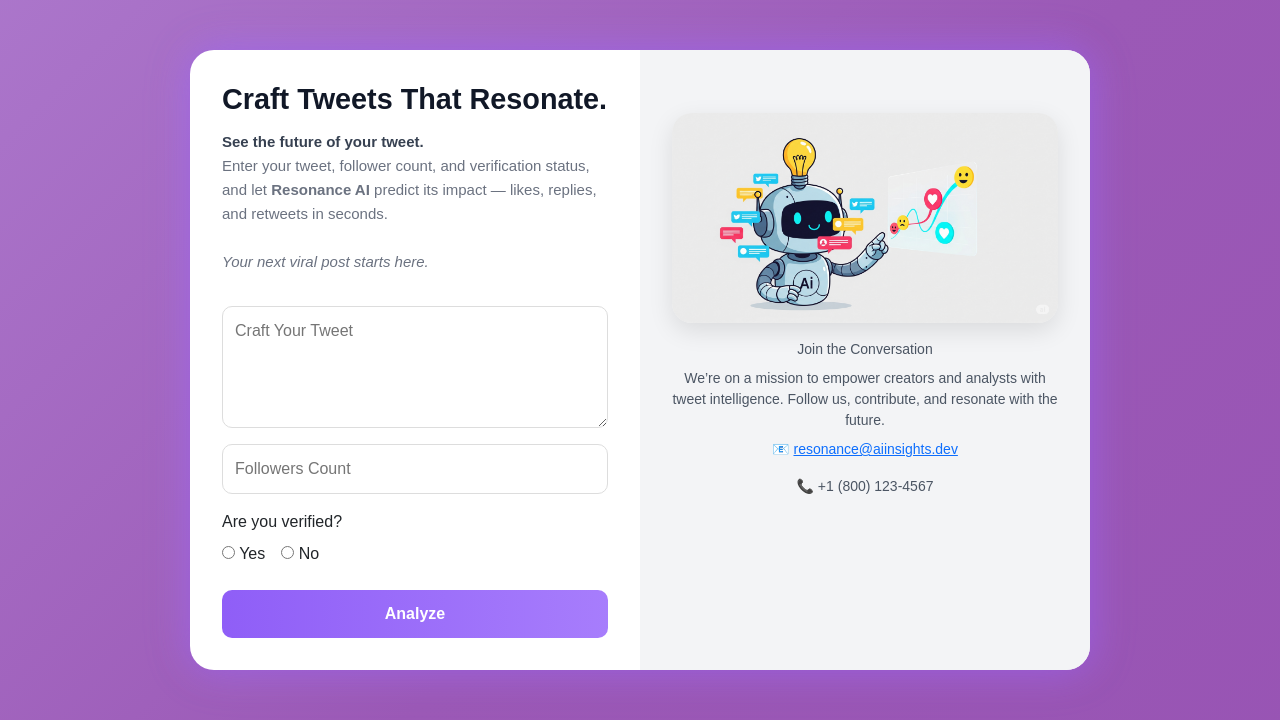
Repository: TannisthaBiswas/ResonanceFrontend
Page: /form
An editor plug-in stored every save of this project. The page is shown before and after the next save, followed by the edit.
The browser window is 1280 px wide. The pictures show the whole page.
The project was rebuilt for these pictures with package versions that can differ from the ones it lists, and the page was loaded fresh each time. Some packages were replaced by stand-ins written for this rebuild. Also part of the build but not shown: src/pages/HomePage.js, src/pages/LoadingPage.js, src/pages/ResultPage.js.

Above is the page before, as saved 2025-06-14 21:29:07.

### src/index.js
import 'bootstrap/dist/css/bootstrap.min.css';
import React from 'react';
import ReactDOM from 'react-dom/client';
import './index.css';
import App from './App';
import reportWebVitals from './reportWebVitals';
import '@fortawesome/fontawesome-free/css/all.min.css';


import { ClerkProvider } from '@clerk/clerk-react';
import { BrowserRouter } from 'react-router-dom';
import ContextApi from './context/Context';


const clerkPubKey = process.env.REACT_APP_CLERK_PUBLISHABLE_KEY;

const root = ReactDOM.createRoot(document.getElementById('root'));
root.render(
  <React.StrictMode>
    <ContextApi>

      <ClerkProvider publishableKey={clerkPubKey}>
        <BrowserRouter>
          <App />
        </BrowserRouter>
      </ClerkProvider>
    </ContextApi>
  </React.StrictMode>
);

reportWebVitals();

### src/App.js
import React from "react";
import { Routes, Route } from "react-router-dom";
import HomePage from "./pages/HomePage";
import FormPage from "./pages/FormPage";
import LoadingPage from "./pages/LoadingPage";
import ResultPage from "./pages/ResultPage";
// import ProtectedRoute from "./components/ProtectedRoute";

function App() {
  return (
    <Routes>
      <Route path="/" element={<HomePage />} />

      <Route
        path="/form"
        element={
          // <ProtectedRoute>
            <FormPage />
          // </ProtectedRoute>
        }
      />

      <Route
        path="/loading"
        element={
          // <ProtectedRoute>
            <LoadingPage />
          // {/* </ProtectedRoute> */}
        }
      />

      <Route
        path="/result/:id"
        element={
          // <ProtectedRoute>
            <ResultPage />
          // </ProtectedRoute>
        }
      />
    </Routes>
  );
}

export default App;

### src/context/Context.js
import {createContext, useState} from 'react'

export const myContext = createContext();

const ContextApi = ({children}) => {

        const [userData,setUserData] = useState({})

  return (
    <myContext.Provider value={{userData,setUserData}}>
        {children}
    </myContext.Provider>
  )
}

export default ContextApi

### src/pages/FormPage.js
import { useContext, useState } from 'react';
import { useNavigate } from 'react-router-dom';
import "./Form.css";
import axios from 'axios';
import { myContext } from '../context/Context';
import { motion } from 'framer-motion';
import HeroImg from '../assets/hero.png';

const FormPage = () => {
  const { userData, setUserData } = useContext(myContext);
  const navigate = useNavigate();

  const [text, setText] = useState("");
  const [countFollow, setCountFollow] = useState(null);
  const [radiovalue, setRadioValue] = useState(null);

  const handelSubmitbtn = async () => {
    if (!text || !countFollow || !radiovalue) return;

    const hasHashtag = text.includes("#") ? 1 : 0;

    const emojiRegex =
      /[\u{1F600}-\u{1F64F}]|[\u{1F300}-\u{1F5FF}]|[\u{1F680}-\u{1F6FF}]|[\u{2600}-\u{26FF}]/gu;
    const hasEmoji = emojiRegex.test(text) ? 1 : 0;

    const cleanedText = text.replace(/[#\W_]+/g, " ").trim();

    const newdata = {
      author_followers: countFollow,
      author_verified: radiovalue === "yes" ? 1 : 0,
      has_hashtags: hasHashtag,
      has_emojis: hasEmoji,
      tweet_length: text.length,
      Text: cleanedText
    };

    setUserData({});
    navigate(`/loading?text=${encodeURIComponent(text)}`);

    try {
      const response = await axios.post('https://twitter-engagement.onrender.com/predict', newdata);
      const val = response?.data;
      const newUserContextData = {
        likes: Math.floor(val.predicted_likes),
        replies: Math.floor(val.predicted_replies),
        retweets: Math.floor(val.predicted_retweets)
      };
      setUserData(newUserContextData);
    } catch (error) {
      console.error("API call failed:", error);
    }
  };

  return (
    <motion.div
      initial={{ opacity: 0 }}
      animate={{ opacity: 1 }}
      transition={{ duration: 0.8 }}
      style={{
        background: 'linear-gradient(-45deg, #8e44ad, #9b59b6, #d4bfff, #a5b4fc)',
        backgroundSize: '600% 600%',
        animation: 'breathingBackground 16s ease-in-out infinite',
        minHeight: '100vh',
        display: 'flex',
        justifyContent: 'center',
        alignItems: 'center',
        padding: '2rem'
      }}
    >
      <style>
        {`
          @keyframes breathingBackground {
            0% { background-position: 0% 50%; }
            50% { background-position: 100% 50%; }
            100% { background-position: 0% 50%; }
          }

          @keyframes shadowPulse {
            0% {
              box-shadow: 0 0 20px rgba(140, 80, 255, 0.2);
            }
            50% {
              box-shadow: 0 0 40px rgba(140, 80, 255, 0.5), 0 0 60px rgba(200, 160, 255, 0.3);
            }
            100% {
              box-shadow: 0 0 20px rgba(140, 80, 255, 0.2);
            }
          }
        `}
      </style>

      <motion.div
        initial={{ scale: 0.95, opacity: 0 }}
        animate={{ scale: 1, opacity: 1 }}
        transition={{ duration: 0.6 }}
        style={{
          backgroundColor: '#fff',
          display: 'flex',
          borderRadius: '1.5rem',
          overflow: 'hidden',
          boxShadow: '0 20px 60px rgba(0, 0, 0, 0.25)',
          maxWidth: '900px',
          width: '100%',
          animation: 'shadowPulse 16s ease-in-out infinite'
        }}
      >
        {/* Left: Form */}
        <motion.div
          initial={{ x: -50, opacity: 0 }}
          animate={{ x: 0, opacity: 1 }}
          transition={{ duration: 0.6, delay: 0.2 }}
          style={{
            flex: 1,
            padding: '2rem',
            display: 'flex',
            flexDirection: 'column',
            justifyContent: 'center'
          }}
        >
         <h2 style={{
  fontWeight: 700,
  fontSize: '1.8rem',
  lineHeight: '2.2rem',
  color: '#111827',
  marginBottom: '0.75rem'
}}>
  Craft Tweets That Resonate.
</h2>

<p style={{
  color: '#6B7280',
  fontSize: '15px',
  lineHeight: '1.6',
  marginBottom: '2rem',
  maxWidth: '420px'
}}>
  <strong style={{ color: '#374151' }}>See the future of your tweet.</strong> <br />
  Enter your tweet, follower count, and verification status, and let <strong>Resonance AI</strong> predict its impact — likes, replies, and retweets in seconds. <br /><br />
  <em>Your next viral post starts here.</em>
</p>


          <textarea
            placeholder='Craft Your Tweet'
            onChange={(e) => setText(e.target.value)}
            rows={4}
            style={{
              width: '100%',
              padding: '0.75rem',
              marginBottom: '1rem',
              borderRadius: '10px',
              border: '1px solid #ddd'
            }}
          ></textarea>

          <input
            type='text'
            placeholder='Followers Count'
            onChange={(e) => setCountFollow(e.target.value)}
            style={{
              width: '100%',
              padding: '0.75rem',
              marginBottom: '1rem',
              borderRadius: '10px',
              border: '1px solid #ddd'
            }}
          />

          <p style={{ marginBottom: '0.5rem' }}>Are you verified?</p>
          <label style={{ display: 'flex', gap: '1rem', marginBottom: '1.5rem' }}>
            <span><input type='radio' name='verified' value='yes' onChange={() => setRadioValue("yes")} /> Yes</span>
            <span><input type='radio' name='verified' value='no' onChange={() => setRadioValue("no")} /> No</span>
          </label>

          <motion.button
            whileHover={{ scale: 1.05 }}
            whileTap={{ scale: 0.95 }}
            onClick={handelSubmitbtn}
            style={{
              background: 'linear-gradient(to right, #8f5ef7, #a77dfc)',
              color: 'white',
              padding: '0.75rem 1.5rem',
              border: 'none',
              borderRadius: '10px',
              fontWeight: 'bold',
              cursor: 'pointer'
            }}
          >
            Analyze
          </motion.button>
        </motion.div>

        {/* Right: Illustration + Address */}
        <motion.div
          initial={{ x: 50, opacity: 0 }}
          animate={{ x: 0, opacity: 1 }}
          transition={{ duration: 0.6, delay: 0.4 }}
          style={{
            flex: 1,
            backgroundColor: '#f3f4f6',
            padding: '2rem',
            textAlign: 'center',
            display: 'flex',
            flexDirection: 'column',
            alignItems: 'center',
            justifyContent: 'flex-start'
          }}
        >
          <img
            src={HeroImg}
            alt="AI Bot"
            style={{
              width: '100%',
              maxWidth: '400px',
              marginTop: '0.8cm',
              marginBottom: '1rem',
              borderRadius: '1.25rem',
              boxShadow: '0 8px 24px rgba(0, 0, 0, 0.1)'
            }}
          />
          <div style={{ fontSize: '14px', color: '#4b5563', textAlign: 'center' }}>
            <p style={{ marginBottom: '0.5rem' }}>Join the Conversation</p>
            <p style={{ marginBottom: '0.5rem' }}>We’re on a mission to empower creators and analysts with tweet intelligence.
Follow us, contribute, and resonate with the future.

</p>
            <p>📧 <a href="mailto:resonance@aiinsights.dev">resonance@aiinsights.dev</a></p>
<p>📞 +1 (800) 123-4567</p>

          </div>
        </motion.div>
      </motion.div>
    </motion.div>
  );
};

export default FormPage;

### src/pages/Form.css
/* src/pages/Form.css */
body {
  margin: 0;
  font-family: 'Poppins', sans-serif;
}

.form-page {
  background: linear-gradient(135deg, #745eff, #9e6aff);
  display: flex;
  justify-content: center;
  align-items: center;
  padding: 2rem;
  height: 100vh;
}

.form-container {
  width: 1100px;
  height: 650px;
  display: flex;
  background: white;
  border-radius: 60px;
  position: relative;
  overflow: hidden;
  box-shadow: 0 20px 40px rgba(0, 0, 0, 0.15);

  /* 👇 True blob shape */
  clip-path: path(
    "M 10,40 L 70,40 L 80,30 L 80,10 L 90,0 L 140,0 L 150,10 L 150,90 L 140,200 L 10,200 L 0,190 L 0,50 L Z"
  );
}


.form-left, .form-right {
  flex: 1;
  padding: 2rem;
}

.form-left h1 {
  color: #3e3e80;
  font-size: 2rem;
  margin-bottom: 10px;
}

.form-left p {
  color: #888;
  margin-bottom: -23px;
}

input[type="text"], input[type="email"], input[type="number"], textarea {
  width: 100%;
  padding: 12px;
  margin-bottom: 15px;
  border: 1px solid #ddd;
  border-radius: 10px;
  font-size: 1rem;
}

textarea {
  resize: vertical;
  min-height: 100px;
}

.radio-group {
  margin-bottom: 20px;
}

.radio-group span {
  display: block;
  margin-bottom: 5px;
  font-weight: 500;
}

.radio-group label {
  margin-right: 15px;
}

button {
  background: linear-gradient(to right, #745eff, #9e6aff);
  color: white;
  padding: 12px 20px;
  font-size: 1rem;
  border: none;
  border-radius: 20px;
  cursor: pointer;
  transition: background 0.3s ease;
}

button:hover {
  background: #5e4cff;
}

.form-right {
  text-align: center;
  background-color: #f5f5ff;
}

.form-right img {
  max-width: 100%;
  height: auto;
  margin-bottom: 20px;
}

.contact-info p {
  margin: 10px 0;
  font-size: 0.95rem;
  color: #444;
}

.social-icons i {
  margin: 0 10px;
  font-size: 1.4rem;
  color: #745eff;
  cursor: pointer;
}

### src/pages/LoadingPage.css
/* src/pages/LoadingPage.css */
@import url('https://fonts.googleapis.com/css2?family=Orbitron:wght@400;600&display=swap');






.loading-container {
  height: 100vh;
  background-color: #ffffff;
  color: #333;
  font-family: 'Poppins', 'Segoe UI', sans-serif;
  text-align: center;
  transition: background-color 0.3s ease;
  padding: 20px;
}

.lottie-wrapper {
  width: 640px;
  height: 640px;
  margin-bottom: 20px;
}

.animated-text {
  font-size: 2rem;
  font-family: 'Orbitron', sans-serif;
  font-weight: 200;
  color: #2d14bc;
  animation: fadeIn 0.6s ease-in-out;
  letter-spacing: 0.75px;
  margin-top: 1rem;
  text-align: center;
  line-height: 1.4;
}


@keyframes fadeIn {
  from { opacity: 0; transform: translateY(10px); }
  to { opacity: 1; transform: translateY(0); }
}

Loaded but not shown: public/index.html (common file); src/index.css (common file); src/reportWebVitals.js (common file)

After the next save:
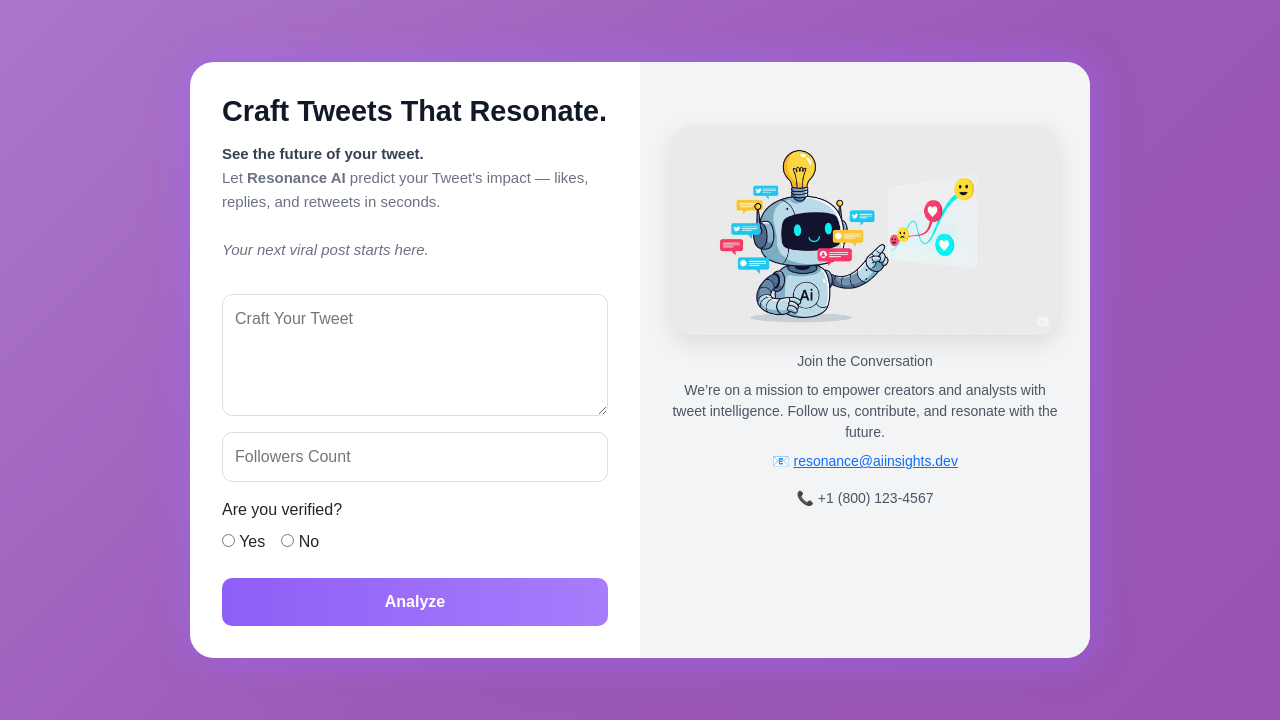
Saved 43 s later.
--- a/src/pages/FormPage.js
+++ b/src/pages/FormPage.js
@@ -135,7 +135,7 @@ const FormPage = () => {
   maxWidth: '420px'
 }}>
   <strong style={{ color: '#374151' }}>See the future of your tweet.</strong> <br />
-  Enter your tweet, follower count, and verification status, and let <strong>Resonance AI</strong> predict its impact — likes, replies, and retweets in seconds. <br /><br />
+  Let <strong>Resonance AI</strong> predict your Tweet's impact — likes, replies, and retweets in seconds. <br /><br />
   <em>Your next viral post starts here.</em>
 </p>
 
